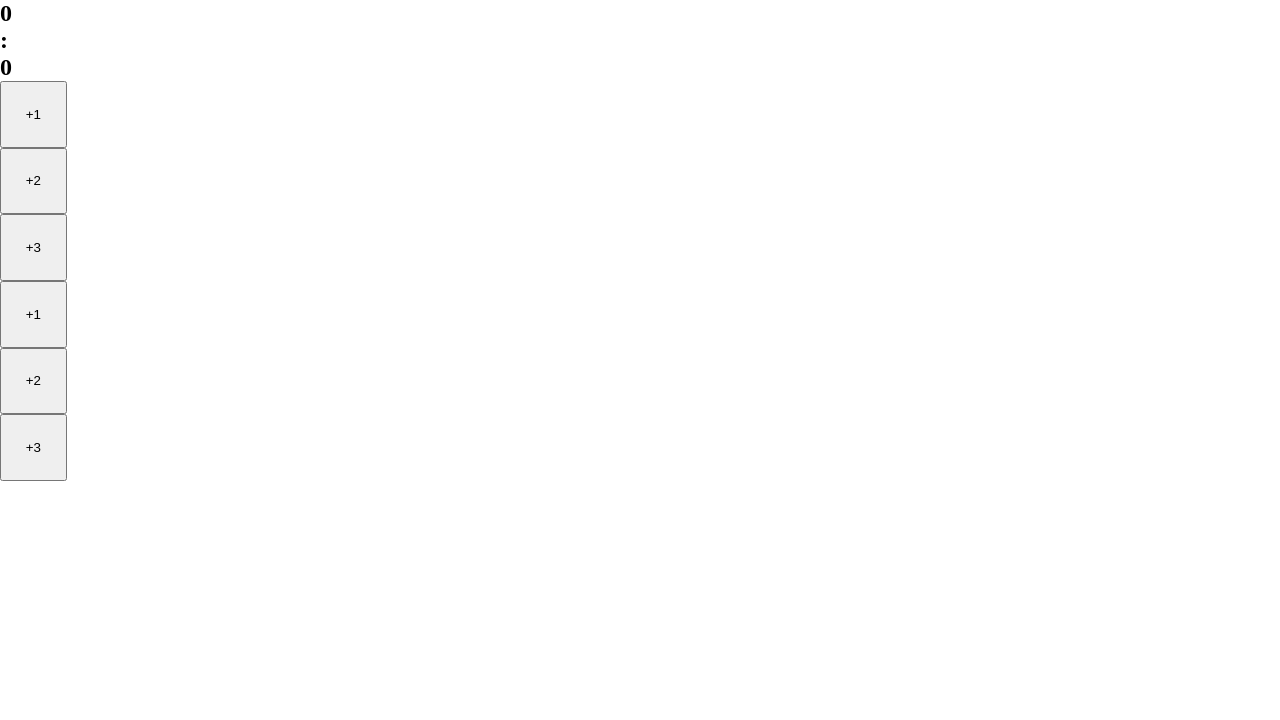
Repository: bollo89/scoreBoard
Page: index.html
An editor plug-in stored every save of this project. The page is shown before and after the next save, followed by the edit.
The browser window is 1280 px wide. The pictures show the whole page.

Above is the page before, as saved 2022-01-25 10:56:58.

### index.html
<!DOCTYPE html>
<html lang="en">
<head>
    <meta charset="UTF-8">
    <meta http-equiv="X-UA-Compatible" content="IE=edge">
    <meta name="viewport" content="width=device-width, initial-scale=1.0">
    <link rel="stylesheet" href="./style.css">
    <title>Document</title>
</head>
<body>
    <section class="score">
        <h1 class="home"></h1>
        <h1 class="colon">:</h1>
        <h1 class="away"></h1>
    </section>
    <section class="btns">
        <section class="btnsH">
            <div><button class="btn1h">+1</button></div>
            <div><button class="btn2h">+2</button></div>
            <div><button class="btn3h">+3</button></div>
        </section>
        <section class="btnsA">
            <div></div><button class="btn1a">+1</button></div>
            <div></div><button class="btn2a">+2</button></div>
            <div></div><button class="btn3a">+3</button></div>
        </section>
</section>
<script src="./script.js"></script>
</body>
</html>

### style.css
* {
    margin: 0;
    padding: 0;
}
body {
     height: 75%;
     width: 100%;
}
.tablica {
    height: 75vh;
    display: flex;
    align-items: center;
    justify-content: center;
}

.menu {
    height: 15%;
    width: 100%;
    display: flex;
    justify-content: space-between;
    font-size: 0;
}
.btnsH {

}
.btnsA {

}
.btnsH div {
    width: 5em;
}
.btnsA div {
    width: 5em;
}
.btn1h , .btn2h , .btn3h , .btn1a , .btn2a , .btn3a{
    height: 5em;
    width: 5em;
}

### script.js
let home = document.querySelector('.home');
let n = 0;
home.innerHTML = n;

let away = document.querySelector('.away');
let m = 0;
away.innerHTML = m;

let btn1h = document.querySelector('.btn1h');
let btn2h = document.querySelector('.btn2h');
let btn3h = document.querySelector('.btn3h');
let btn1a = document.querySelector('.btn1a');
let btn2a = document.querySelector('.btn2a');
let btn3a = document.querySelector('.btn3a');
//punkty po lewej
function score1home() {
    n+=1;
    home.innerHTML = n;
    console.log(n);
}
function score2home() {
    n+=2;
    home.innerHTML = n;
    console.log(n);
}
function score3home() {
    n+=3;
    home.innerHTML = n;
    console.log(n);
}
//punkty po prawej
function score1away() {
    m+=1;
    away.innerHTML = m;
    console.log(m);
}
function score2away() {
    m+=2;
    away.innerHTML = m;
    console.log(m);
}
function score3away() {
    m+=3;
    away.innerHTML = m;
    console.log(m);
}

//przyciskibtn1.addEventListener('click',score1home,false);
btn1h.addEventListener('click',score1home,false);
btn2h.addEventListener('click',score2home,false);
btn3h.addEventListener('click',score3home,false);
btn1a.addEventListener('click',score1away,false);
btn2a.addEventListener('click',score2away,false);
btn3a.addEventListener('click',score3away,false);

After the next save:
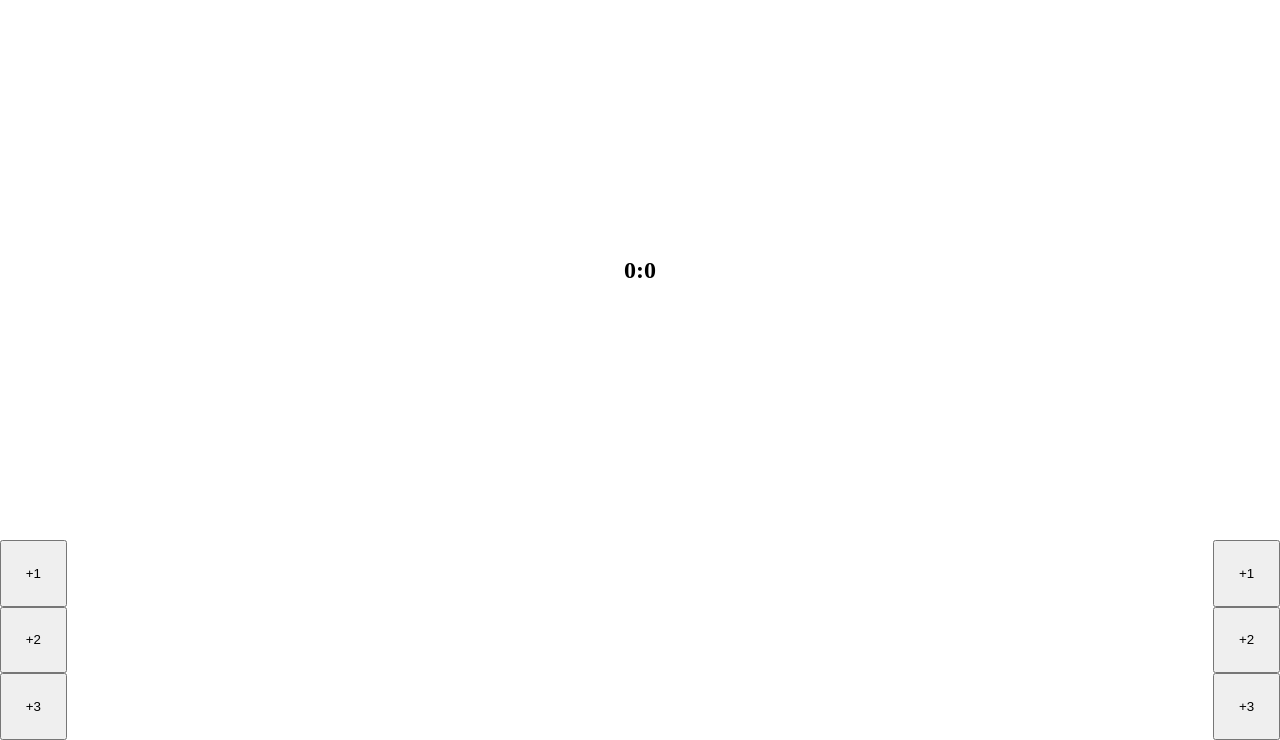
Saved 34 s later.
--- a/index.html
+++ b/index.html
@@ -8,12 +8,12 @@
     <title>Document</title>
 </head>
 <body>
-    <section class="score">
+    <section class="tablica">
         <h1 class="home"></h1>
         <h1 class="colon">:</h1>
         <h1 class="away"></h1>
     </section>
-    <section class="btns">
+    <section class="menu">
         <section class="btnsH">
             <div><button class="btn1h">+1</button></div>
             <div><button class="btn2h">+2</button></div>
